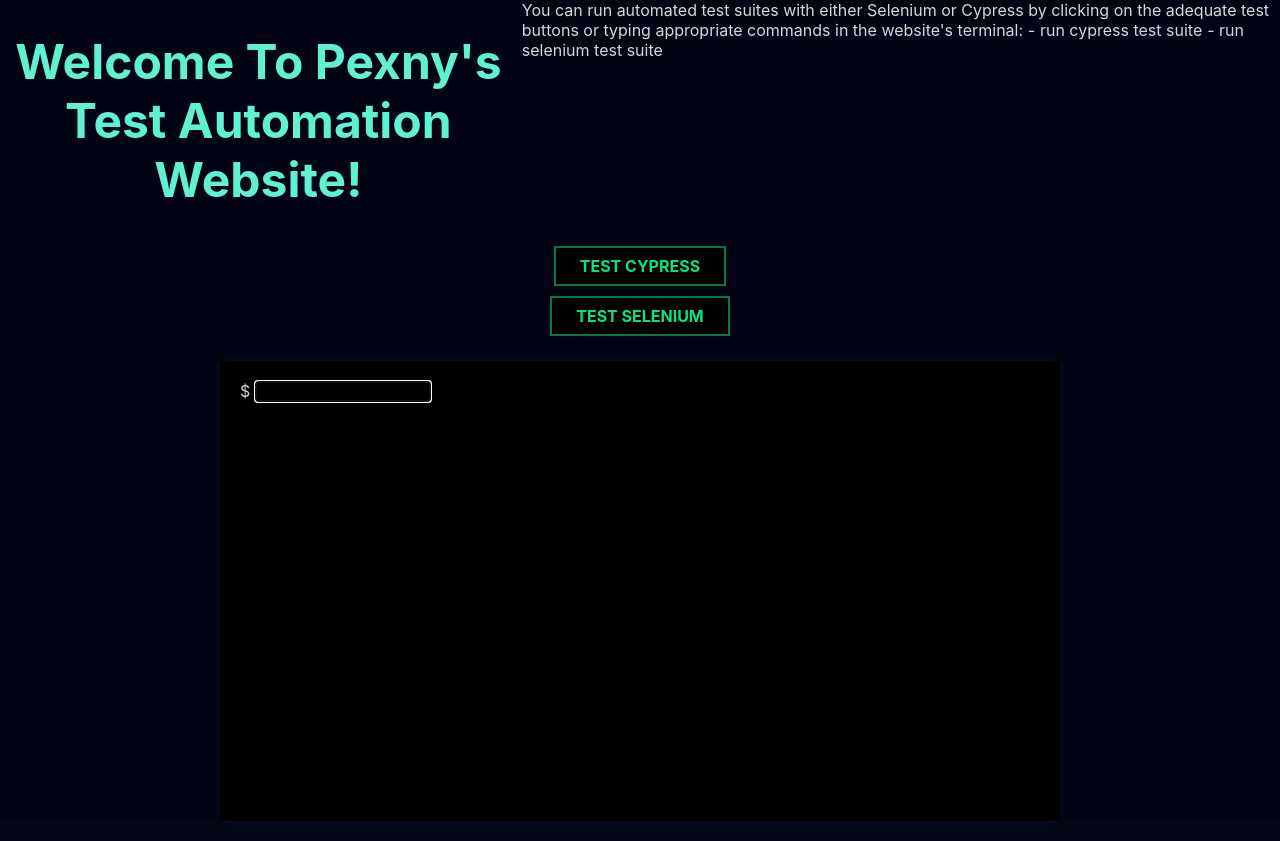
Repository: p3xny/Test-Automation-Website
Page: / (app in client/)
The author's editor kept a copy of each file at every save. The page is drawn from the files as they stood at one save, then again after the next save.
The browser window is 1280 px wide. The pictures show the whole page.
The project was rebuilt for these pictures with package versions that can differ from the ones it lists, and the page was loaded fresh each time. Also part of the build but not shown: client/src/components/UI/TestMenu.js.

Above is the page before, as saved 2023-08-23 23:16:06.

### client/src/index.css
body {
  margin: 0;
  font-family: -apple-system, BlinkMacSystemFont, "Segoe UI", "Roboto", "Oxygen",
    "Ubuntu", "Cantarell", "Fira Sans", "Droid Sans", "Helvetica Neue",
    sans-serif;
  -webkit-font-smoothing: antialiased;
  -moz-osx-font-smoothing: grayscale;
  background-color: rgba(0, 5, 20, 0.993);
}

code {
  font-family: source-code-pro, Menlo, Monaco, Consolas, "Courier New",
    monospace;
}

### client/src/App.js
import React from "react";

import "./App.css";

import WelcomeMessage from "./components/UI/WelcomeMessage";
import Tests from "./components/Tests";
import Terminal from "./components/Terminal/Terminal";

function App() {
  return (
    <div className="App">
      <header className="App-header">
        <WelcomeMessage />
      </header>
      <Tests testTool="cypress" buttonId="cypress-menu" />
      <Tests testTool="selenium" buttonId="selenium-menu" />
      <Terminal />
    </div>
  );
}

export default App;

### client/src/App.css
.App {
  text-align: center;
  background: rgba(0, 5, 20, 0.993);
}

.App-logo {
  height: 40vmin;
  pointer-events: none;
}

@media (prefers-reduced-motion: no-preference) {
  .App-logo {
    animation: App-logo-spin infinite 20s linear;
  }
}

.App-header {
  /* background-color: rgba(0, 5, 20, 0.993); */
  /* min-height: 100vh; */
  /* display: flex; */
  /* flex-direction: column; */
  /* align-items: center; */
  /* justify-content: center; */
  font-size: calc(10px + 2vmin);
  color: white;
}

.App-link {
  color: #61dafb;
}

@keyframes App-logo-spin {
  from {
    transform: rotate(0deg);
  }
  to {
    transform: rotate(360deg);
  }
}

### client/src/components/UI/WelcomeMessage.js
import React from "react";

import styles from "./WelcomeMessage.module.css";

const WelcomeMessage = (props) => {
  return (
    <div className={styles.WelcomeMessage}>
      <h1>Welcome To Pexny's Test Automation Website!</h1>
      <span>
        You can run automated test suites with either Selenium or Cypress by
        clicking on the adequate test buttons or typing appropriate commands in
        the website's terminal:
        <span>- run cypress test suite</span>
        <span>- run selenium test suite</span>
      </span>
    </div>
  );
};

export default WelcomeMessage;

// const describeOriginal = require("mocha").describe;

// require("mocha").describe = (describeTitle) => {
//   TestListener.watch(describeTitle);
//   describeOriginal(describeTitle);
// };

### client/src/components/Tests.js
import React, { useState, useEffect } from "react";

import styles from "./UI/Button.module.css";

import TestMenu from "./UI/TestMenu";
import Button from "./UI/Button";
import Card from "./UI/Card";

const testCases = [
  {
    cypress: [
      { id: 1, name: "Cypress Full Test", command: "" },
      { id: 2, name: "Cypress Buttons Test", command: "" },
      { id: 3, name: "Cypress Terminal Test", command: "" },
    ],
    selenium: [
      { id: 1, name: "Selenium Full Test", command: "pytest -v" },
      {
        id: 2,
        name: "Selenium Buttons Test",
        command: "pytest -v test_client_buttons.py",
      },
      {
        id: 3,
        name: "Selenium Terminal Test",
        command: "pytest -v test_client_terminal.py",
      },
    ],
  },
];

const Tests = (props) => {
  const [isActive, setIsActive] = useState(false);

  const makeActiveHandler = (event) => {
    setIsActive(true);
    console.log("Activated!");
  };

  const makeInactiveHandler = (event) => {
    setIsActive(false);
  };

  const filterButtons = testCases.find((test) =>
    test.hasOwnProperty(props.testTool)
  );

  return (
    <div>
      {!isActive && (
        <Card>
          <Button
            name={`TEST ${props.testTool.toUpperCase()}`}
            id={`test-button-${props.buttonId}`}
            testFamily={props.testTool}
            onActivate={makeActiveHandler}
          />
        </Card>
      )}
      {isActive && (
        <Card>
          <TestMenu tests={filterButtons[props.testTool]} testTool="cypress" />
          <button
            className={styles.button}
            id={"back-button"}
            onClick={makeInactiveHandler}
          >
            BACK
          </button>
        </Card>
      )}
    </div>
  );
};

export default Tests;

### client/src/components/Terminal/Terminal.js
import React, { useState } from "react";

import styles from "./Terminal.module.css";

import Card from "../UI/Card";

const Terminal = (props) => {
  const [terminalInput, setTerminalInput] = useState("");
  const [terminalOutput, setTerminalOutput] = useState([]);

  const terminalInputHandler = (event) => {
    setTerminalInput(event.target.value);
    console.log(event.target.value);
  };

  const submitHandler = (event) => {
    event.preventDefault();
    writeToTerminal(`$ ${terminalInput}\n`);
    processCommand(terminalInput);
    setTerminalInput("");
  };

  const writeToTerminal = (message) => {
    setTerminalOutput((prevOutput) => [...prevOutput, message]);
  };

  const processCommand = async (command) => {
    try {
      const response = await fetch("http://localhost:5000/run_tests", {
        method: "POST",
        headers: {
          "Content-Type": "application/json",
        },
        body: JSON.stringify({ command }),
      });

      if (command === "clear" || command === "cls") {
        setTerminalOutput([]);
        return;
      }

      const data = await response.json();

      if (data.success) {
        writeToTerminal(data.output);
      } else {
        writeToTerminal(`Error: ${data.error}\n`);
      }
    } catch (error) {
      writeToTerminal(`Error: ${error}\n`);
    }
  };

  const highlightWords = (message) => {
    const greenWords = [
      "success",
      "Success",
      "SUCCESS",
      "passed",
      "Passed",
      "PASSED",
    ];
    const redWords = [
      // "error",
      // "Error",
      // "ERROR",
      "failed",
      "Failed",
      "FAILED",
      "FAILURES",
    ];
    const parts = message.split(
      new RegExp(`(${greenWords.concat(redWords).join("|")})`, "g")
    );

    return parts.map((part, index) => {
      if (greenWords.includes(part.toLowerCase())) {
        return (
          <span className={styles["highlighted-green"]} key={index}>
            {part}
          </span>
        );
      } else if (redWords.includes(part.toLowerCase())) {
        return (
          <span className={styles["highlighted-red"]} key={index}>
            {part}
          </span>
        );
      }
      return part;
    });
  };

  return (
    <div className={styles.terminal}>
      <div id="output">
        {terminalOutput.map((message, index) => (
          <pre key={index} className={styles.outputContent}>
            {highlightWords(message)}
          </pre>
        ))}
      </div>
      <form id="input-form" onSubmit={submitHandler}>
        <span>$</span>
        <input
          className={styles.input}
          type="text"
          id="command-input"
          value={terminalInput}
          onChange={terminalInputHandler}
          autoFocus
        />
      </form>
    </div>
  );
};

export default Terminal;

### client/src/components/UI/WelcomeMessage.module.css
.WelcomeMessage {
  color: rgb(96, 241, 210);
  font-size: 1.5rem;
  /* font-weight: bold; */
  display: flex;
}

.WelcomeMessage span {
  margin-left: 5px;
  text-align: left;
}

### client/src/components/UI/Button.module.css
.button {
  width: 100%;
  font: inherit;
  font-weight: bold;
  padding: 0.5rem 1.5rem;
  border: 2px solid rgb(8, 121, 68);
  color: rgb(9, 226, 125);
  background: black;
  box-shadow: 0 0 4px rgba(0, 0, 0, 0.26);
  cursor: pointer;
  margin: 5px;
}

.button:focus {
  outline: none;
}

.button:hover,
.button:active {
  background: rgb(8, 121, 68);
  border-color: rgb(9, 226, 125);
  color: black;
  box-shadow: 0 0 8px rgba(0, 0, 0, 0.26);
}

@media (min-width: 768px) {
  .button {
    width: auto;
  }
}

### client/src/components/UI/Button.js
import styles from "./Button.module.css";

const Button = (props) => {
  return (
    <button id={props.id} className={styles.button} onClick={props.onActivate}>
      {props.name}
    </button>
  );
};

export default Button;

### client/src/components/UI/Card.js
import styles from "./Card.module.css";

const Card = (props) => {
  const classes = styles.card + " " + props.className;
  return <div className={classes}>{props.children}</div>;
};

export default Card;

### client/src/components/Terminal/Terminal.module.css
.terminal {
  margin-top: 20px;
  margin-bottom: 20px;
  margin-left: auto;
  margin-right: auto;

  /* border: 1px solid rgb(8, 121, 68); */
  padding: 20px;
  width: 80%;
  max-width: 800px;
  min-height: 420px;
  max-height: 420px;
  background-color: black;
  overflow-y: auto;
  overflow-x: auto;
  box-shadow: 0 0 10px rgba(23, 78, 62, 0.2);
  overflow-wrap: break-word;
}

#output {
  white-space: pre-wrap;
}

.outputContent {
  text-align: left;
  font-family: monospace;
  overflow-wrap: break-word;
  color: rgba(255, 255, 255, 0.842);
}

.highlighted-green {
  font-family: monospace;
  font-weight: bold;
  color: rgb(12, 145, 12);
}

.highlighted-red {
  font-family: monospace;
  font-weight: bold;
  color: rgb(158, 2, 2);
}

.input {
  background-color: transparent;
  /* border: none; */
  color: rgba(255, 255, 255, 0.842);
  font-family: monospace;
  caret-color: rgba(255, 255, 255, 0.842);
  margin: 0 5px;
}

form {
  display: flex;
  align-items: left;
}

span {
  color: rgba(255, 255, 255, 0.842);
  font-size: 1rem;
}

Loaded but not shown: client/public/index.html (common file); client/src/index.js (common file); client/src/reportWebVitals.js (common file); client/src/components/UI/Card.module.css (common file)

After the next save:
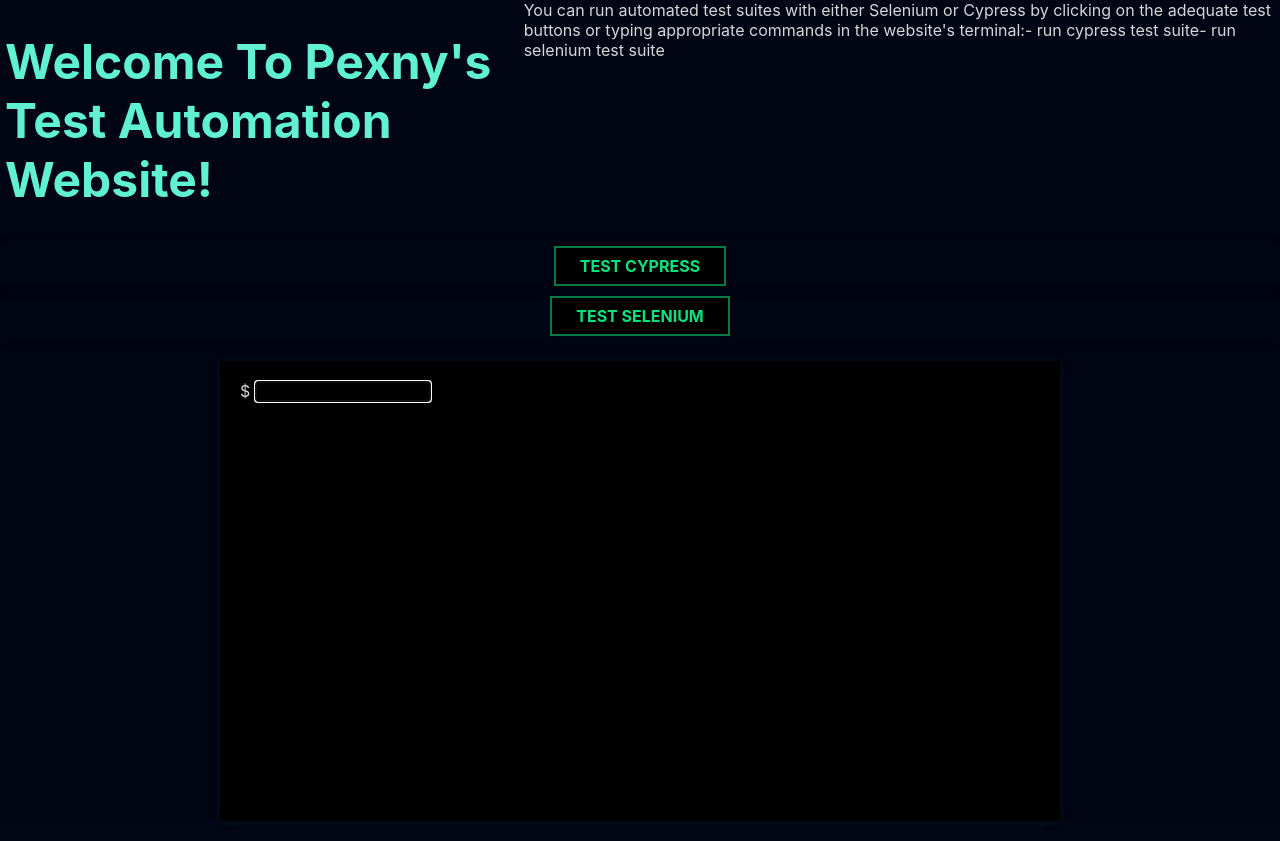
Saved 21 s later.
--- a/client/src/components/UI/WelcomeMessage.module.css
+++ b/client/src/components/UI/WelcomeMessage.module.css
@@ -5,7 +5,7 @@
   display: flex;
 }
 
-.WelcomeMessage span {
+.WelcomeMessage {
   margin-left: 5px;
   text-align: left;
 }
